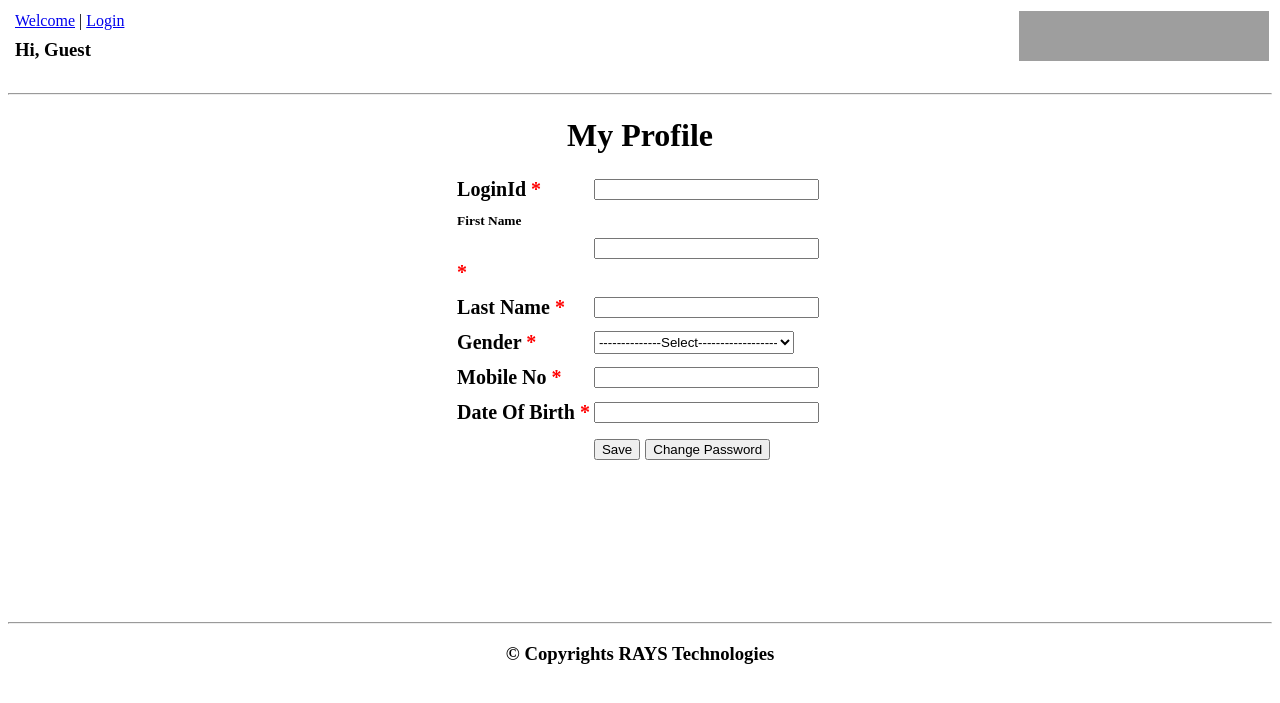
Repository: tanu22s/Project4
Page: http://localhost/ORS_4/jsp/MyProfileView.jsp
These files come from the project's save history. The page is drawn as it stood at one moment and after the next save; the edit follows.
The browser window is 1280 px wide. The pictures show the whole page.
Pictures or frames that could not be fetched are drawn as grey boxes. The page is served by Tomcat 9. Other server files are loaded and not shown.

Above is the page before, as saved 2021-12-02 08:19:35.

### Project04/ORS_4/src/main/webapp/jsp/MyProfileView.jsp
<%@page import="java.util.HashMap"%>
<%@page import="in.co.rays.ors.util.HTMLUtility"%>
<%@page import="in.co.rays.ors.util.DataUtility"%>
<%@page import="in.co.rays.ors.util.ServletUtility"%>
<%@page import="in.co.rays.ors.controller.MyProfileCtl"%>
<%@ page language="java" contentType="text/html; charset=ISO-8859-1"
    pageEncoding="ISO-8859-1"%>
<html>
<head>
<link rel="icon" type="image/png" href="<%=ORSView.APP_CONTEXT%>/img/logo.png" sizes="16*16"/>
<title> My Profile</title>

</head>
<body>
        <jsp:useBean id="bean" class="in.co.rays.ors.bean.UserBean" scope="request"></jsp:useBean>
<form action="<%=ORSView.MY_PROFILE_CTL%>" method="post">

	 <%@ include file="Header.jsp"%>
<center>

            <input type="hidden" name="id" value="<%=bean.getId()%>">
            <input type="hidden" name="createdBy" value="<%=bean.getCreatedBy()%>">
            <input type="hidden" name="modifiedBy" value="<%=bean.getModifiedBy()%>">
            <input type="hidden" name="createdDatetime" value="<%=DataUtility.getTimestamp(bean.getCreatedDatetime())%>">
            <input type="hidden" name="modifiedDatetime" value="<%=DataUtility.getTimestamp(bean.getModifiedDatetime())%>">



     <div align="center">
                <h1>My Profile</h1>
            <H2><font color="red"> <%=ServletUtility.getErrorMessage(request)%></font></H2>
            <H2><font color="green"> <%=ServletUtility.getSuccessMessage(request)%></font></H2>
     </div>
            <table style="font-size: 20px">
                <tr>
                    <th align="left">LoginId <span style="color: red">*</span></th>
                    <td><input type="text" name="login" readonly="readonly" size="25" value="<%=DataUtility.getStringData(bean.getLogin())%>"readonly="readonly"></td>
                   <td style="position: fixed"> <font  color="red"> <%=ServletUtility.getErrorMessage("login", request)%></font></td>
                </tr>

	<tr><th style="padding: 3px"></th></tr>

                <tr>
                    <th align="left"><h6>First Name</h6> <span style="color: red">*</span></th>
                    <td><input type="text" name="firstName" size="25"  value="<%=DataUtility.getStringData(bean.getFirstName())%>">
                   </td><td style="position: fixed"> <font color="red"> <%=ServletUtility.getErrorMessage("firstName", request)%></font></td>
                </tr>

    <tr><th style="padding: 3px"></th></tr>
                <tr>
                    <th align="left">Last Name <span style="color: red">*</span></th>
                    <td><input type="text" name="lastName" size="25"  value="<%=DataUtility.getStringData(bean.getLastName())%>">
                   </td><td style="position: fixed"> <font  color="red"> <%=ServletUtility.getErrorMessage("lastName", request)%></font></td>
                </tr>
   <tr><th style="padding: 3px"></th></tr>
                <tr>
                    <th align="left">Gender <span style="color: red">*</span></th>
                    <td>
                        <%
                            HashMap map = new HashMap();
                            map.put("Male", "Male");
                            map.put("Female", "Female");

                        %> <%=HTMLUtility.getList("gender", bean.getGender(),map)%>
                    </td>
                    <td style="position: fixed"> <font  color="red"> <%=ServletUtility.getErrorMessage("gender", request)%></font></td>
                </tr>
    <tr><th style="padding: 3px"></th></tr>
                <tr>
                    <th align="left">Mobile No <span style="color: red">*</span></th>
                    <td><input type="text" name="mobileNo" size="25" maxlength="10" value="<%=DataUtility.getStringData(bean.getMobileNo())%>"></td>

					<td style="position: fixed"><font color="red"> <%=ServletUtility.getErrorMessage("mobileNo", request)%></font></td>
                </tr>
<tr><th style="padding: 3px"></th></tr>
                <tr>
                    <th align="left">Date Of Birth <span style="color: red">*</span></th>
                    <td><input type="text" name="dob" readonly="readonly" size="25" value="<%=DataUtility.getDateString(bean.getDob())%>">

                    </td><td><font style="position: fixed" ; color="red"> <%=ServletUtility.getErrorMessage("dob", request)%></font></td>
                </tr>
   <tr><th style="padding: 3px"></th></tr>
                <tr> <th></th><td colspan="2">

                    <input type="submit" name="operation" value="<%=MyProfileCtl.OP_SAVE %>">

                    <input type="submit" name="operation" value="<%=MyProfileCtl.OP_CHANGE_MY_PASSWORD %>">

                    </td>
                </tr>
            </table>

    </form>
    </center>
    <%@ include file="Footer.jsp"%>
</body>
</html>

### Project04/ORS_4/src/main/webapp/jsp/Header.jsp
<!DOCTYPE html>
<%-- <%@page import="in.co.rays.ors.controller.LoginCtl"%> --%>
<%@ page import ="in.co.rays.ors.controller.LoginCtl" %>
<%@page import="in.co.rays.ors.bean.RoleBean"%>
<%@page import="in.co.rays.ors.bean.UserBean"%>
<%@page import="in.co.rays.ors.controller.ORSView"%>
<%@ page language="java" contentType="text/html; charset=ISO-8859-1"
    pageEncoding="ISO-8859-1"%>
<html>
<HEAD>
	<style>
	form{ height:85%!important;}

	</style>
</HEAD>
<body >
	<%
    UserBean userBean = (UserBean)session.getAttribute("user");
    boolean userLoggedIn = userBean != null;
    String welcomeMsg = "Hi, ";
    if (userLoggedIn) {
        String role = (String)session.getAttribute("role");
        welcomeMsg += userBean.getFirstName() + " (" + role + ")";
    } else {
        welcomeMsg += "Guest";
    }
	%>

<table >
    <tr ><th></th>
       <td width="90%" >
       <a href="<%=ORSView.WELCOME_CTL%>">Welcome</b></a> |
            	<%
            		if (userLoggedIn) {
      		 	 %>
       <a href=" <%=ORSView.LOGIN_CTL%>?operation=<%=LoginCtl.OP_LOG_OUT%>">Logout</b></a>

            <%
                } else {
            %>
            <a href="<%=ORSView.LOGIN_CTL%>">Login</b></a>
            <%
  			   }
			 %>
 		</td>
        <td rowspan="2" >
            <h1 align="right" >
                <img src= "<%=ORSView.APP_CONTEXT %>/img/Logo.jpg"  width="250" height="50">
            </h1>
        </td>
    </tr>

    <tr><th></th>
      <td>
        <h3><%=welcomeMsg%></h3>
      </td>
    </tr>

    <%
        if (userLoggedIn) {
    %>

    <tr><th></th>
        <td colspan="2" >
        <font style="font-size: 18px">

        <a href="<%=ORSView.MY_PROFILE_CTL%>">MyProfile</b></a> |
         <a href="<%=ORSView.CHANGE_PASSWORD_CTL%>">Change Password</b></a> |
       	 <a href="<%=ORSView.GET_MARKSHEET_CTL%>">Get Marksheet</b></a> |
       	 <a href="<%=ORSView.MARKSHEET_MERIT_LIST_CTL%>">Marksheet MeritList</b></a> |

        <%
            if (userBean.getRoleId() == RoleBean.ADMIN) {
        %>

        <a href="<%=ORSView.MARKSHEET_CTL%>">Add Marksheet</b></a> |
        <a href="<%=ORSView.MARKSHEET_LIST_CTL%>">Marksheet List</b></a> |
        <a href="<%=ORSView.USER_CTL%>">Add User</b></a> |
        <a href="<%=ORSView.USER_LIST_CTL%>">User List</b></a> |
        <a href="<%=ORSView.COLLEGE_CTL%>">Add College</b></a> |
        <a href="<%=ORSView.COLLEGE_LIST_CTL%>">College List</b></a> |
        <a href="<%=ORSView.ROLE_CTL%>">Add Role</b></a> |
        <a href="<%=ORSView.ROLE_LIST_CTL%>">Role List</b></a> |
        <br>
        <a href="<%=ORSView.STUDENT_CTL%>">Add Student</b></a> |
        <a href="<%=ORSView.STUDENT_LIST_CTL%>">Student List</b></a> |
        <a href="<%=ORSView.COURSE_CTL %>" >Add Course</b></a> |
        <a href="<%=ORSView.COURSE_LIST_CTL %>">Course List</b></a> |
        <a href="<%=ORSView.SUBJECT_CTL %>" >Add Subject</b></a> |
        <a href="<%=ORSView.SUBJECT_LIST_CTL %>">Subject List</b></a> |
        <a href="<%=ORSView.FACULTY_CTL %>" >Add Faculty</b></a> |
        <a href="<%=ORSView.FACULTY_LIST_CTL %>">Faculty List</b></a> |
        <a href="<%=ORSView.TIMETABLE_CTL %>" >Add TimeTable</b></a> |
        <a href="<%=ORSView.TIMETABLE_LIST_CTL %>">TimeTable List</b></a> |
        <a target="blank" href="<%=ORSView.JAVA_DOC_VIEW%>">Java Doc</b></a> |
       <%
     		}
 		%>
 		 <%
            if (userBean.getRoleId() == RoleBean.STUDENT) {
        %>

        <a href="<%=ORSView.COLLEGE_LIST_CTL%>">College List</b></a> |
        <a href="<%=ORSView.STUDENT_LIST_CTL%>">Student List</b></a> |
        <a href="<%=ORSView.COURSE_LIST_CTL %>">Course List</b></a> |
        <a href="<%=ORSView.SUBJECT_LIST_CTL %>">Subject List</b></a> |
        <a href="<%=ORSView.FACULTY_LIST_CTL %>">Faculty List</b></a> |
        <a href="<%=ORSView.TIMETABLE_LIST_CTL %>">TimeTable List</b></a> |
       <%
     		}
 		%>

 		<%
            if (userBean.getRoleId() == RoleBean.KIOSK) {
        %>
        <a href="<%=ORSView.COLLEGE_LIST_CTL%>">College List</b></a> |
        <a href="<%=ORSView.TIMETABLE_LIST_CTL %>">TimeTable List</b></a> |
        <a href="<%=ORSView.COURSE_LIST_CTL %>">Course List</b></a> |
       <%
     		}
 		%>
 		 <%
            if (userBean.getRoleId() == RoleBean.FACULTY) {
            System.out.println("======>><><>"+userBean.getRoleId());
        %>

        <a href="<%=ORSView.MARKSHEET_CTL%>">Add Marksheet</b></a> |
        <a href="<%=ORSView.MARKSHEET_LIST_CTL%>">Marksheet List</b></a> |
        <a href="<%=ORSView.COLLEGE_LIST_CTL%>">College List</b></a> |
        <a href="<%=ORSView.STUDENT_CTL%>">Add Student</b></a> |
        <a href="<%=ORSView.STUDENT_LIST_CTL%>">Student List</b></a> |
        <a href="<%=ORSView.COURSE_LIST_CTL %>">Course List</b></a> |
        <a href="<%=ORSView.SUBJECT_CTL %>" >Add Subject</b></a> |
        <br>
        <a href="<%=ORSView.SUBJECT_LIST_CTL %>">Subject List</b></a> |
        <a href="<%=ORSView.TIMETABLE_CTL %>" >Add TimeTable</b></a> |
        <a href="<%=ORSView.TIMETABLE_LIST_CTL %>">TimeTable List</b></a> |
       <%
     		}
 		%>
 		 <%
            if (userBean.getRoleId() == RoleBean.COLLEGE) {
           System.out.println("======>><><>"+userBean.getRoleId());
          %>

        <a href="<%=ORSView.MARKSHEET_CTL%>">Add Marksheet</b></a> |
        <a href="<%=ORSView.MARKSHEET_LIST_CTL%>">Marksheet List</b></a> |
        <a href="<%=ORSView.STUDENT_CTL%>">Add Student</b></a> |
        <a href="<%=ORSView.STUDENT_LIST_CTL%>">Student List</b></a> |
        <a href="<%=ORSView.FACULTY_LIST_CTL %>">Faculty List</b></a> |
        <a href="<%=ORSView.TIMETABLE_LIST_CTL %>">TimeTable List</b></a> |
        <a href="<%=ORSView.COURSE_LIST_CTL %>">Course List</b></a> |
       <%
     		}
 		%>

 		</font>
 		</td>
    </tr>
    	<%
        	}
   		 %>
</table>
<hr>
</body>
</html>

### Project04/ORS_4/src/main/webapp/jsp/Footer.jsp
	<%@ page language="java" contentType="text/html; charset=ISO-8859-1"
    pageEncoding="ISO-8859-1"%>
<html>
<head>
<style >
.footer{
position: relative;
  left: 0;
  bottom: 0;
  width: 100%;
  background-color: white;
  color: black;
  text-align: center;
  }</style>
</head>
<body>
<div class = "footer">
<HR>
    <H3>&copy; Copyrights RAYS Technologies</H3>
</div>
</body>
</html>

### Project04/ORS_4/src/main/java/in/co/rays/ors/util/DataUtility.java
package in.co.rays.ors.util;

import java.sql.Timestamp;
import java.text.SimpleDateFormat;
import java.util.Date;

/**

 * @author Tanvi
 * @Version:(4.14.0)

 */

public class DataUtility {

    /**
     * Application Date Format
     */
    public static final String APP_DATE_FORMAT = "dd-MM-yyyy";
    public static final String APP_TIME_FORMAT = "MM/dd/yyyy HH:mm:ss";

    /**
     * Date formatter
     */
    private static final SimpleDateFormat formatter = new SimpleDateFormat(
            APP_DATE_FORMAT);

    private static final SimpleDateFormat timeFormatter = new SimpleDateFormat(
            APP_TIME_FORMAT);

    /**
     * Trims and trailing and leading spaces of a String
     *
     * @param val
     * @return
     */
    public static String getString(String val) {
        if (DataValidator.isNotNull(val)) {
            return val.trim();
        } else {
            return val;
        }
    }

    /**
     * Converts and Object to String
     *
     * @param val
     * @return
     */
    public static String getStringData(Object val) {
        if (val != null) {
            return val.toString();
        } else {
            return "";
        }
    }

    /**
     * Converts String into Integer
     *
     * @param val
     * @return
     */
    public static int getInt(String val) {
    //    System.out.println("datautility..........."+val);
    	if (DataValidator.isInteger(val)) {
    //		System.out.println("property reader val 1 ....."+ val);
            return Integer.parseInt(val);

        } else {
            return 0;
        }
    }

    /**
     * Converts String into Long
     *
     * @param val
     * @return
     */
    public static long getLong(String val) {
        if (DataValidator.isLong(val)) {
            return Long.parseLong(val);
        } else {
            return 0;
        }
    }

    /**
     * Converts String into Date
     *
     * @param val
     * @return
     */
    public static Date getDate(String val) {
        Date date = null;
        try {
            date = formatter.parse(val);
        } catch (Exception e) {

        }
        return date;
    }

    /**
     * Converts Date into String
     *
     * @param date
     * @return
     */
    public static String getDateString(Date date) {
        try {
            return formatter.format(date);
        } catch (Exception e) {
        }
        return "";
    }

    /**
     * Gets date after n number of days
     *
     * @param date
     * @param day
     * @return
     */
    public static Date getDate(Date date, int day) {
        return null;
    }

    /**
     * Converts String into Time
     *
     * @param val
     * @return
     */
    public static Timestamp getTimestamp(String val) {

        Timestamp timeStamp = null;
        try {
            timeStamp = new Timestamp((timeFormatter.parse(val)).getTime());
        } catch (Exception e) {
            return null;
        }
        return timeStamp;
    }

    public static Timestamp getTimestamp(long l) {

        Timestamp timeStamp = null;
        try {
            timeStamp = new Timestamp(l);
        } catch (Exception e) {
            return null;
        }
        return timeStamp;
    }

    public static Timestamp getCurrentTimestamp() {
        Timestamp timeStamp = null;
        try {
            timeStamp = new Timestamp(new Date().getTime());
        } catch (Exception e) {
        }
        return timeStamp;

    }

    public static long getTimestamp(Timestamp tm) {
        try {
            return tm.getTime();
        } catch (Exception e) {
            return 0;
        }
    }

    public static void main(String[] args) {
        System.out.println(getInt("124"));
    }

}

### Project04/ORS_4/src/main/java/in/co/rays/ors/util/ServletUtility.java
package in.co.rays.ors.util;

import java.io.IOException;
import java.util.Enumeration;
import java.util.List;

import javax.servlet.RequestDispatcher;
import javax.servlet.ServletException;
import javax.servlet.http.HttpServletRequest;
import javax.servlet.http.HttpServletResponse;

import in.co.rays.ors.bean.BaseBean;
import in.co.rays.ors.controller.BaseCtl;
import in.co.rays.ors.controller.ORSView;
import in.co.rays.ors.model.AppRole;
import in.co.rays.ors.model.BaseModel;
import in.co.rays.ors.model.UserModel;

/**
 * This class provides utility operation for Servlet container like forward,
 * redirect, handle generic exception, manage success and error message, manage
 * default Bean and List, manage pagination parameters
 *
 * @author Tanvi
 * @Version:(4.14.0)

 */

public class ServletUtility {

    /**
     * Forward to given JSP/Servlet
     *
     * @param page
     * @param request
     * @param response
     * @throws IOException
     * @throws ServletException
     */
    public static void forward(String page, HttpServletRequest request,
            HttpServletResponse response) throws IOException, ServletException {
        RequestDispatcher rd = request.getRequestDispatcher(page);
        rd.forward(request, response);
    }

/*    *//**
     * Forward to Layout View
     *
     * @param page
     * @param request
     * @param response
     * @throws IOException
     * @throws ServletException
     *//*
    public static void forwardView(String page, HttpServletRequest request,
            HttpServletResponse response) throws IOException, ServletException {

        request.setAttribute("bodyPage", page);
        RequestDispatcher rd = request
                .getRequestDispatcher(ORSView.LAYOUT_VIEW);
        rd.forward(request, response);
    }
*/
    /**
     * Redirect to given JSP/Servlet
     *
     * @param page
     * @param request
     * @param response
     * @throws IOException
     * @throws ServletException
     */
    public static void redirect(String page, HttpServletRequest request,
            HttpServletResponse response) throws IOException, ServletException {
        response.sendRedirect(page);
    }

    /**
     * Redirect to Application Error Handler Page
     *
     * @param e
     * @param request
     * @param response
     * @throws IOException
     * @throws ServletException
     */
    public static void handleException(Exception e, HttpServletRequest request,
            HttpServletResponse response) throws IOException, ServletException {
            System.out.println("servlet ulitity error ctl------------>");
    	request.setAttribute("exception", e);
        response.sendRedirect(ORSView.ERROR_CTL);

    }



    /**
     * Gets error message from request
     *
     * @param property
     * @param request
     * @return
     */
    public static String getErrorMessage(String property,HttpServletRequest request) {

        String val = (String) request.getAttribute(property);
        if (val == null) {
            return "";
        } else {
            return val;
        }
    }

/*    *//**
     * returns all input error messages
     *
     * @deprecated Use HTMLUtil method instead
     * @param request
     * @return
     *//*
    public static String getErrorMessageHtml(HttpServletRequest request) {

        Enumeration<String> e = request.getAttributeNames();

        StringBuffer sb = new StringBuffer("<UL>");
        String name = null;

        while (e.hasMoreElements()) {
            name = e.nextElement();
            if (name.startsWith("error.")) {
                sb.append("<LI class='error'>" + request.getAttribute(name)
                        + "</LI>");
            }
        }
        sb.append("</UL>");
        return sb.toString();
    }
*/
/*    */
    /**
     * Gets a message from request
     *
     * @param property
     * @param request
     * @return
     *//*
    public static String getMessage(String property, HttpServletRequest request) {
        String val = (String) request.getAttribute(property);
        if (val == null) {
            return "";
        } else {
            return val;
        }
    }
*/
    /**
     * Sets error message to request
     *
     * @param msg
     * @param request
     */
    public static void setErrorMessage(String msg, HttpServletRequest request) {
        request.setAttribute(BaseCtl.MSG_ERROR, msg);
    }

    /**
     * Gets error message from request
     *
     * @param request
     * @return
     */
    public static String getErrorMessage(HttpServletRequest request) {
        String val = (String) request.getAttribute(BaseCtl.MSG_ERROR);
        if (val == null) {
            return "";
        } else {
            return val;
        }
    }

    /**
     * Sets success message to request
     *
     * @param msg
     * @param request
     */
    public static void setSuccessMessage(String msg, HttpServletRequest request) {
        request.setAttribute(BaseCtl.MSG_SUCCESS, msg);
    }

    /**
     * Gets success message from request
     *
     * @param request
     * @return
     */
    public static String getSuccessMessage(HttpServletRequest request) {
        String val = (String) request.getAttribute(BaseCtl.MSG_SUCCESS);
        if (val == null) {
            return "";
        } else {
            return val;
        }
    }

/*    public static void setModel(BaseModel model, HttpServletRequest request) {
        request.setAttribute("model", model);
    }
*/
    /**
     * Sets default Bean to request
     *
     * @param bean
     * @param request
     */
    public static void setBean(BaseBean bean, HttpServletRequest request) {
        request.setAttribute("bean", bean);
    }

/*    public static void setUserModel(UserModel model, HttpServletRequest request) {
        request.getSession().setAttribute("user", model);
    }
*/
    /**
     * Gets default bean from request
     *
     * @param request
     * @return
     */

    public static BaseBean getBean(HttpServletRequest request) {
        return (BaseBean) request.getAttribute("bean");
    }

/*    public static boolean isLoggedIn(HttpServletRequest request) {
        UserModel model = (UserModel) request.getSession().getAttribute("user");
        return model != null;
    }

*//*    *//**
     * Returns logged in user role
     *
     * @param request
     * @return
     *//*

    public static long getRole(HttpServletRequest request) {
        UserModel model = (UserModel) request.getSession().getAttribute("user");
        if (model != null) {
            return model.getRoleId();
        } else {
            return AppRole.STUDENT;
        }
    }
*/
/*    *//**
     * gets Model from request scope
     *
     * @param request
     * @return
     *//*
    public static BaseModel getModel(HttpServletRequest request) {
        return (BaseModel) request.getAttribute("model");
    }
*/
    /**
     * Get request parameter to display. If value is null then return empty
     * string
     *
     * @param property
     * @param request
     * @return
     */

    public static String getParameter(String property,
            HttpServletRequest request) {
        String val = (String) request.getParameter(property);
        if (val == null) {
            return "";
        } else {
            return val;
        }
    }

    /**
     * Sets default List to request
     *
     * @param list
     * @param request
     */
    public static void setList(List list, HttpServletRequest request) {
        request.setAttribute("list", list);
    }

    /**
     * Gets default list from request
     *
     * @param request
     * @return
     */
    public static List getList(HttpServletRequest request) {
        return (List) request.getAttribute("list");
    }

    /**
     * Sets Page Number for List pages
     *
     * @param pageNo
     * @param request
     */
    public static void setPageNo(int pageNo, HttpServletRequest request) {
        request.setAttribute("pageNo", pageNo);
    }

    /**
     * Gets Page Number for List pages
     *
     * @param request
     * @return
     */
    public static int getPageNo(HttpServletRequest request) {
        return (Integer)request.getAttribute("pageNo");
    }

    /**
     * Sets Page Size for list pages
     *
     * @param pageSize
     * @param request
     */
    public static void setPageSize(int pageSize, HttpServletRequest request) {
        request.setAttribute("pageSize", pageSize);
    }

    /**
     * Gets Page Size for List pages
     *
     * @param request
     * @return
     */
    public static int getPageSize(HttpServletRequest request) {
        return (Integer) request.getAttribute("pageSize");
    }

}

Loaded but not shown: Project04/ORS_4/src/main/java/in/co/rays/ors/util/HTMLUtility.java (309 lines, source omitted)

After the next save:
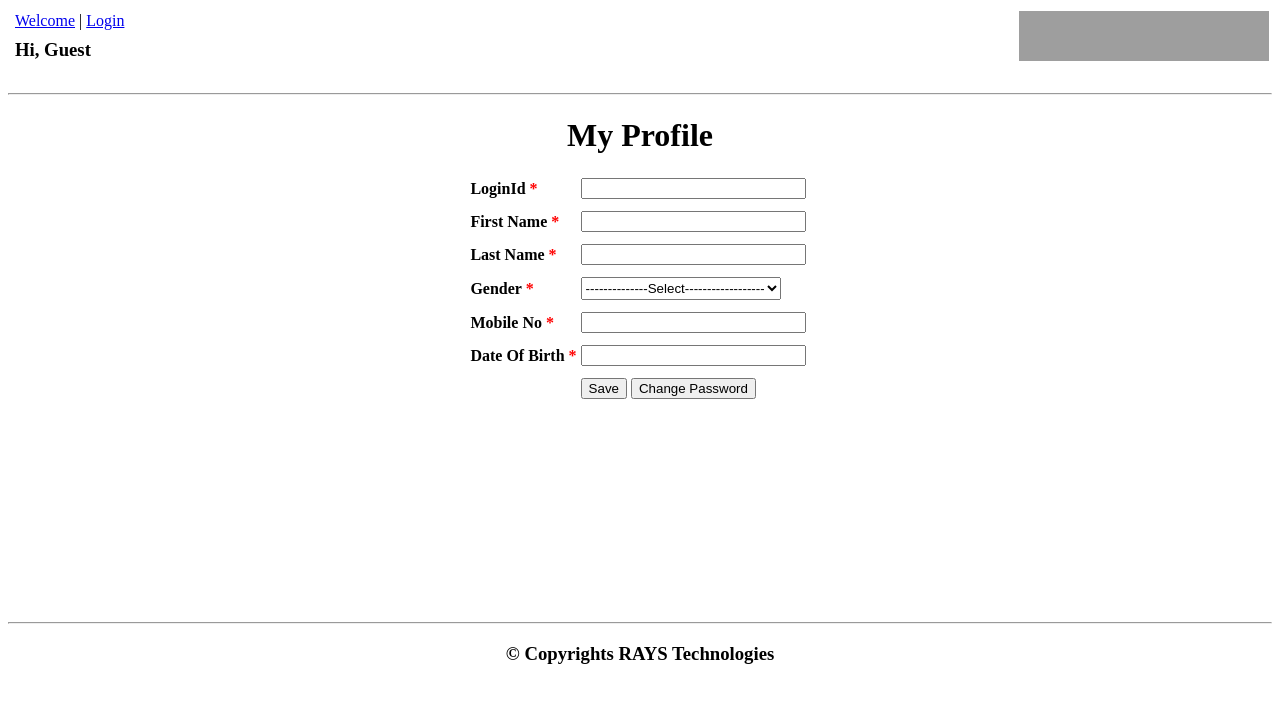
Saved 92 s later.
--- a/Project04/ORS_4/src/main/webapp/jsp/MyProfileView.jsp
+++ b/Project04/ORS_4/src/main/webapp/jsp/MyProfileView.jsp
@@ -31,7 +31,7 @@
             <H2><font color="red"> <%=ServletUtility.getErrorMessage(request)%></font></H2>
             <H2><font color="green"> <%=ServletUtility.getSuccessMessage(request)%></font></H2>
      </div>
-            <table style="font-size: 20px">
+            <table style="font-size: 16px">
                 <tr>
                     <th align="left">LoginId <span style="color: red">*</span></th>
                     <td><input type="text" name="login" readonly="readonly" size="25" value="<%=DataUtility.getStringData(bean.getLogin())%>"readonly="readonly"></td>
@@ -41,7 +41,7 @@
 	<tr><th style="padding: 3px"></th></tr>
 
                 <tr>
-                    <th align="left"><h6>First Name</h6> <span style="color: red">*</span></th>
+                    <th align="left" >First Name <span style="color: red">*</span></th>
                     <td><input type="text" name="firstName" size="25"  value="<%=DataUtility.getStringData(bean.getFirstName())%>">
                    </td><td style="position: fixed"> <font color="red"> <%=ServletUtility.getErrorMessage("firstName", request)%></font></td>
                 </tr>
